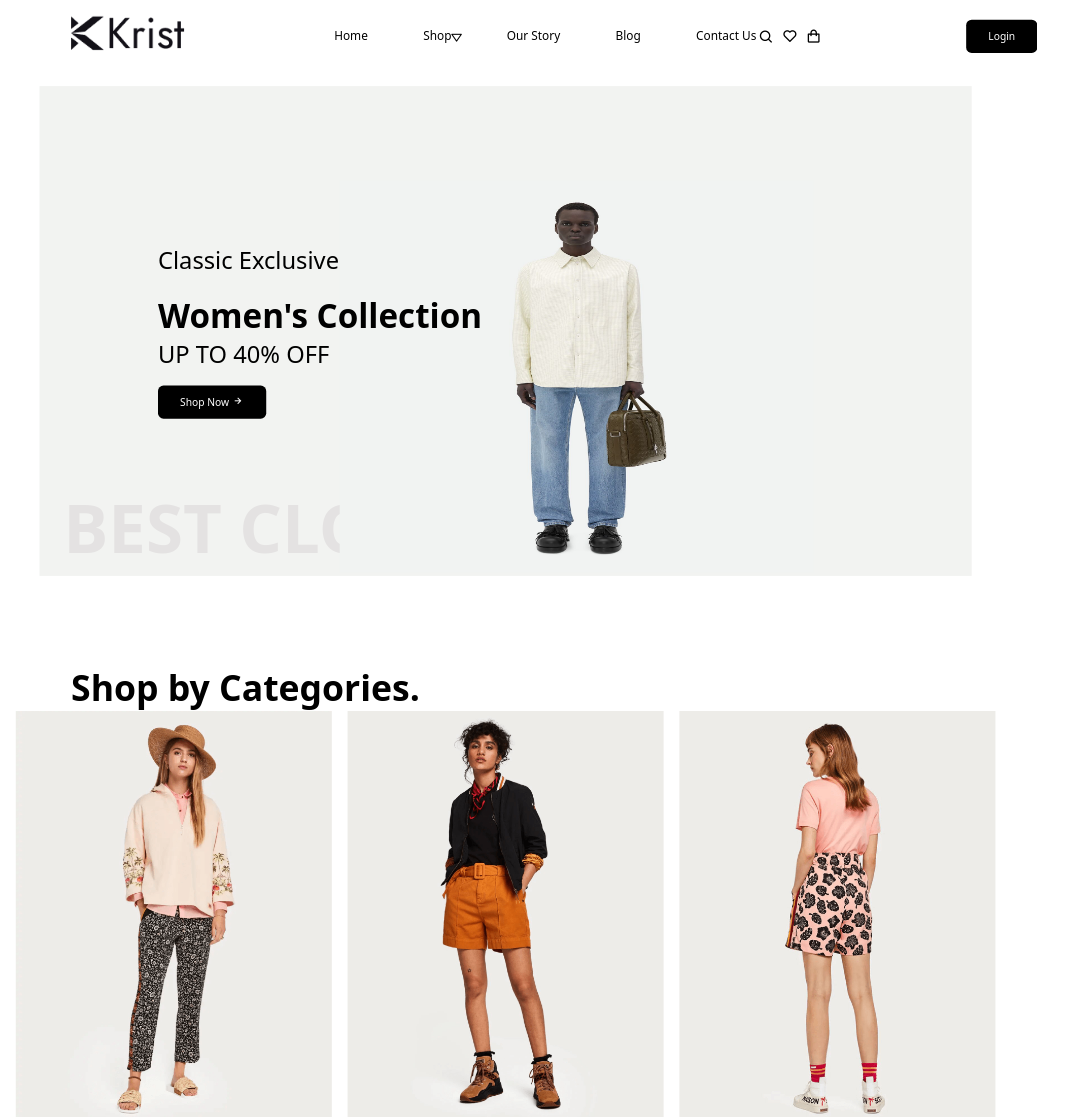
Repository: isaacCodes1/Krist-Website
Page: index.html
The author's editor kept a copy of each file at every save. The page is drawn from the files as they stood at one save, then again after a run of saves.
The browser window is 1280 px wide. The page is 1313 px wide, then 1350 px, so the pictures cover 1350 px, including what lies to the right of the window. The pictures show the whole page, at 79% of full size.

Above is the page before, as saved 2024-04-01 10:47:17.

After the next 2 saves:
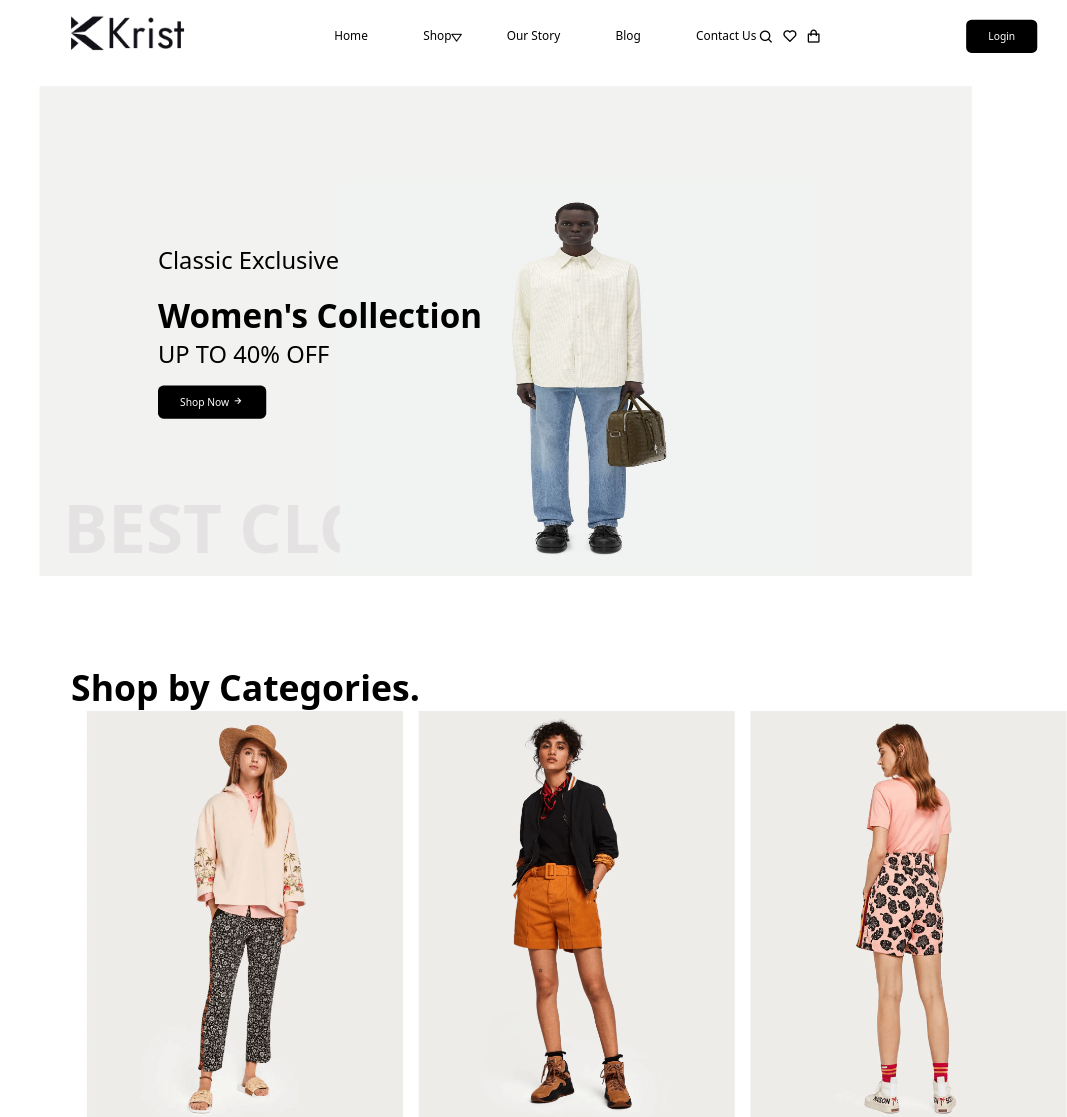
The 2 saves are shown as one change because they came seconds apart.
The last was saved 12 s later.
--- a/style.css
+++ b/style.css
@@ -148,6 +148,7 @@ button:hover {
 }
 .cardsImg {
   display: flex;
+  margin-left: 90px;
 }
 .cardsImg img {
   width: 400px;
